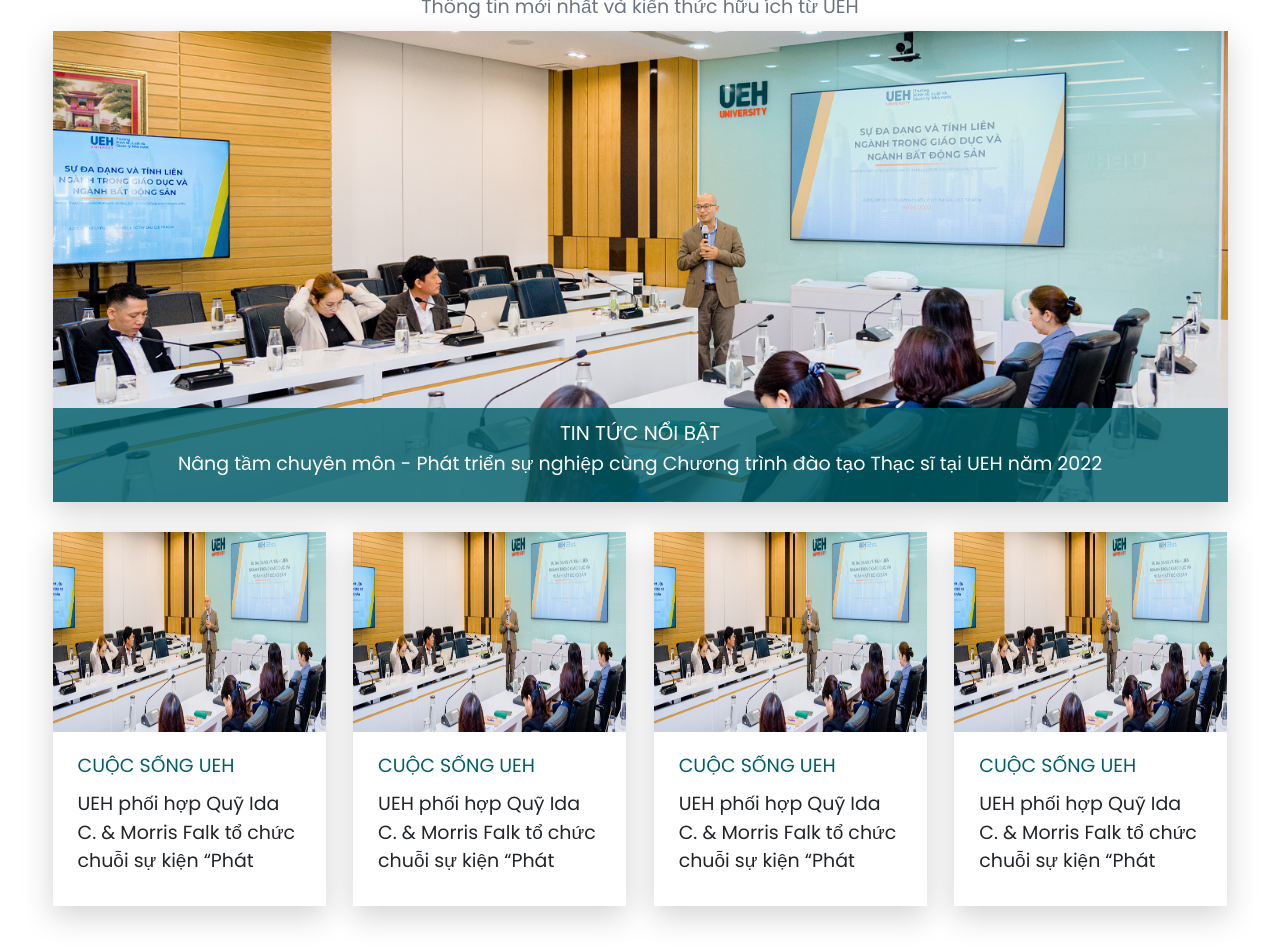
Repository: Jackietruong2805/frontends
Page: html css/ueh/index.html
The author's editor kept a copy of each file at every save. The page is drawn from the files as they stood at one save, then again after the next save.
The browser window is 1280 px wide. The page is 1288 px wide, so the pictures cover 1288 px, including what lies to the right of the window. The pictures show the part of the page from y = 768 to 1720 px (the page is 1720 px tall).
Some web libraries are served in a nearby version.

Above is the page before, as saved 2022-06-20 09:53:10.

After the next save:
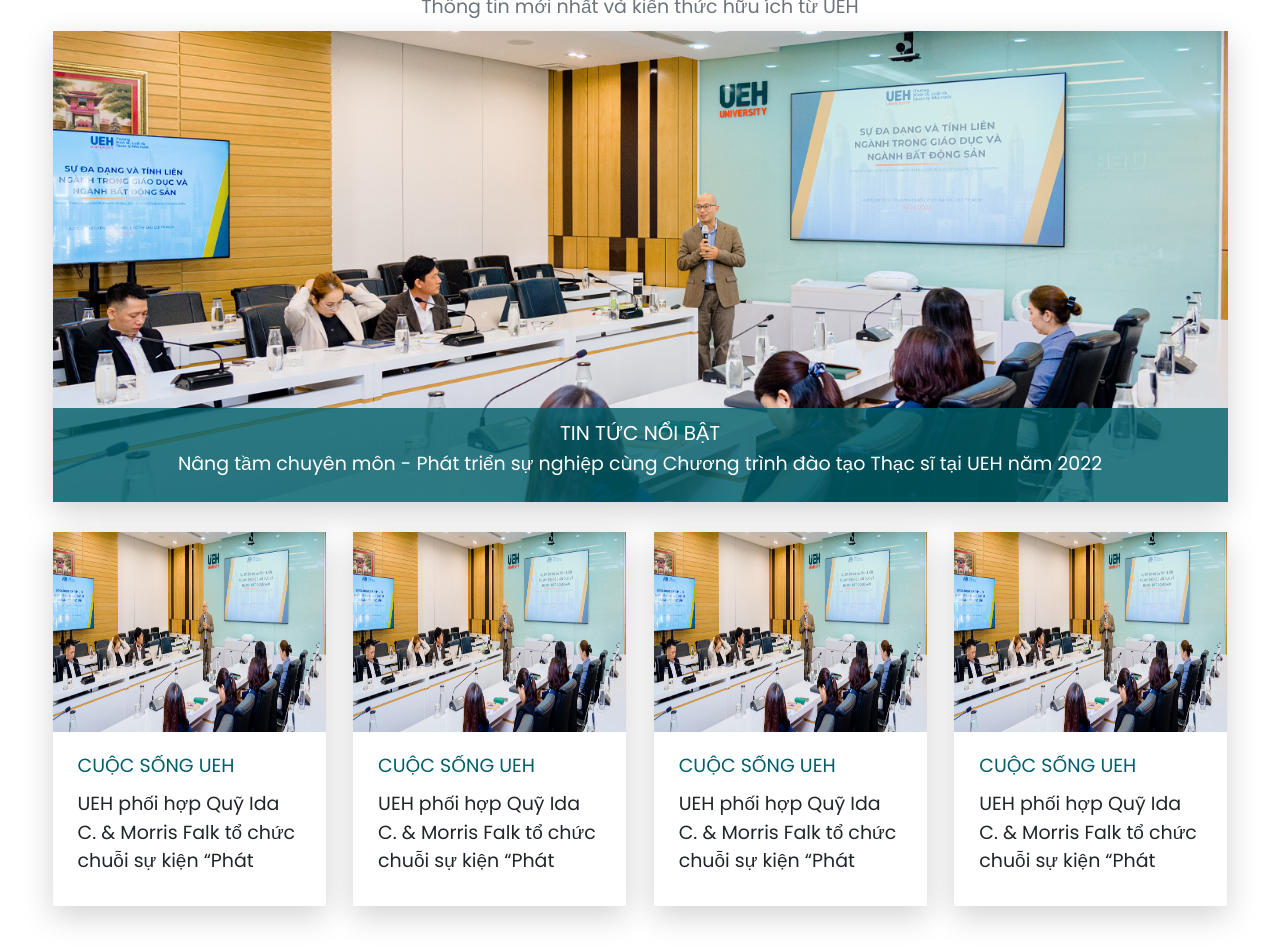
Saved 13 s later.
--- a/html css/ueh/css/index.css
+++ b/html css/ueh/css/index.css
@@ -221,6 +221,6 @@
     overflow: hidden;
 }
 
-.news__img:hover .news__img img {
+.news__img img {
     transform: scale(1);
 }

After the save that followed:
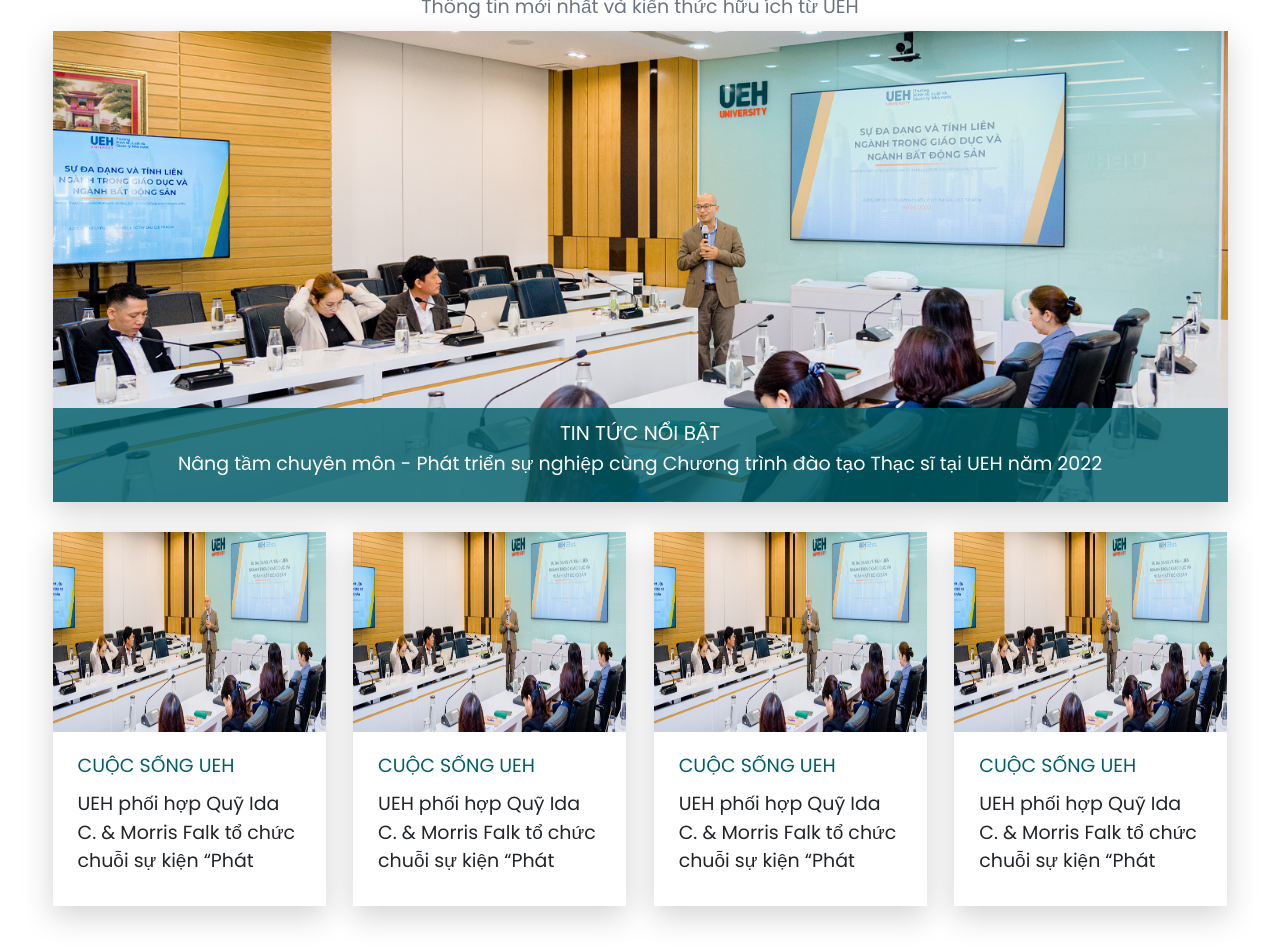
Saved 9 s later.
--- a/html css/ueh/css/index.css
+++ b/html css/ueh/css/index.css
@@ -221,6 +221,6 @@
     overflow: hidden;
 }
 
-.news__img img {
+.news__img img:hover {
     transform: scale(1);
 }
